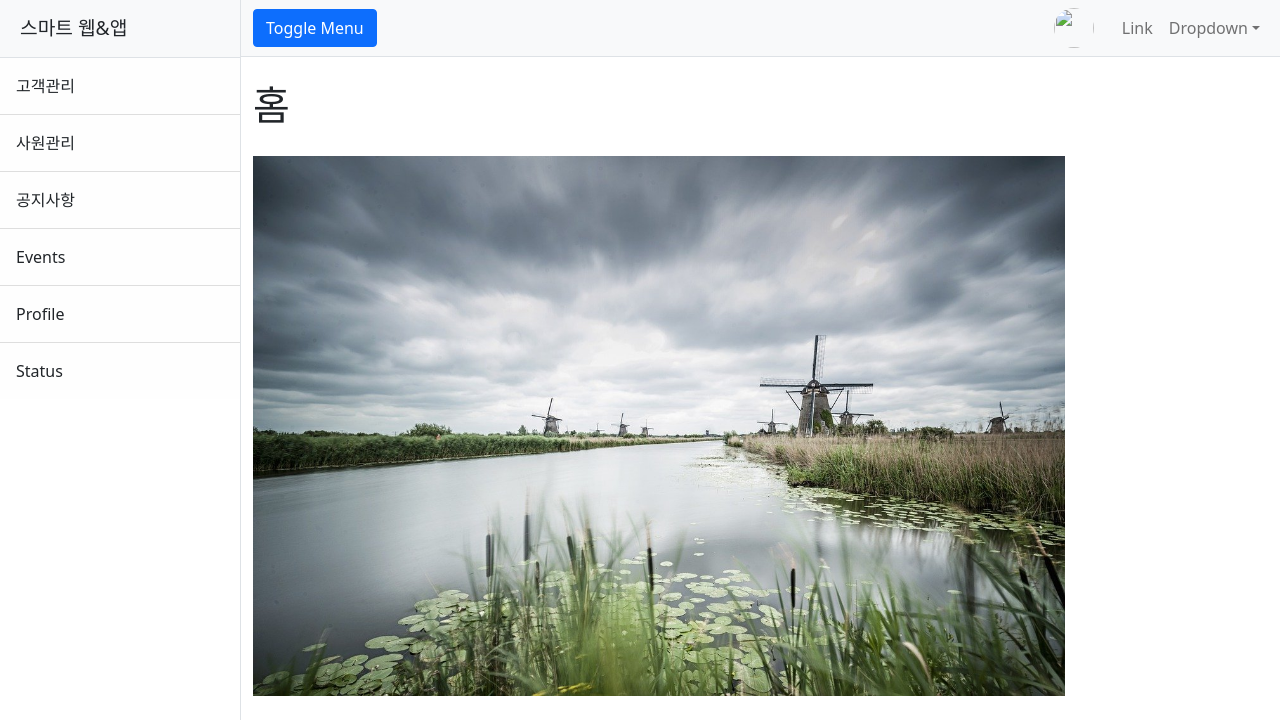
Repository: iwonhee/Study_Servlet
Page: http://localhost/web/index
The author's editor kept a copy of each file at every save. The page is drawn from the files as they stood at one save, then again after the next save.
The browser window is 1280 px wide. The pictures show the whole page.
The page is served by Tomcat 9. Other server files are loaded and not shown.

Above is the page before, as saved 2022-12-02 06:34:12.

### web/src/main/webapp/index.jsp
<%@ page language="java" contentType="text/html; charset=UTF-8"
    pageEncoding="UTF-8"%>
<%@ taglib uri="http://java.sun.com/jsp/jstl/core" prefix="c"%>
<!DOCTYPE html>
<html>
<head>
<meta charset="UTF-8">
<meta name="viewport" content="width=device-width, initial-scale=1, shrink-to-fit=no" />
<title>Insert title here</title>
</head>
<body>
    <div class="d-flex" id="wrapper">
        <!-- SideBar-->
        <jsp:include page="include/sidebar.jsp"/>
        <!-- Page content wrapper-->
	<div id="page-content-wrapper">
        <!-- Top navigation-->
        <jsp:include page="include/navigation.jsp"/>
        <!-- Page content-->
    <div class="container-fluid">
    	<h1 class="mt-4">홈</h1>
        <img alt="" src="images/home.jpg" style='width:80%'>
            </div>
        </div>
    </div>
</body>
</html>

### web/src/main/webapp/include/sidebar.jsp
<%@ page language="java" contentType="text/html; charset=UTF-8"
    pageEncoding="UTF-8"%>
<%@ taglib uri="http://java.sun.com/jsp/jstl/core" prefix="c"%>
<head>
	<link rel="icon" type="image/x-icon" href="assets/favicon.ico" />
	<link href="css/styles.css?<%= new java.util.Date() %>" rel="stylesheet" />
	<link href="css/common.css?<%= new java.util.Date() %>" rel="stylesheet" />

	<script src="https://code.jquery.com/jquery-3.6.1.js"></script>
	<script src="https://cdn.jsdelivr.net/npm/bootstrap@5.1.3/dist/js/bootstrap.bundle.min.js"></script>
	<script src="js/scripts.js"></script>

</head>

<body>
<div class="border-end bg-white" id="sidebar-wrapper">
    <div class="sidebar-heading border-bottom bg-light"><a href='<c:url value="/index"/>'>스마트 웹&amp;앱</a></div>
    <div class="list-group list-group-flush">
        <a class="${category eq 'cu' ? 'category' : ''} list-group-item list-group-item-action list-group-item-light p-3" href="list.cu">고객관리</a>
        <a class="${category eq 'hr' ? 'category' : ''} list-group-item list-group-item-action list-group-item-light p-3" href="list.hr">사원관리</a>
        <a class="${category eq 'no' ? 'category' : ''} list-group-item list-group-item-action list-group-item-light p-3" href="list.no">공지사항</a>
        <a class="list-group-item list-group-item-action list-group-item-light p-3" href="#!">Events</a>
        <a class="list-group-item list-group-item-action list-group-item-light p-3" href="#!">Profile</a>
        <a class="list-group-item list-group-item-action list-group-item-light p-3" href="#!">Status</a>
    </div>
</div>
</body>

### web/src/main/webapp/include/navigation.jsp
<%@ page language="java" contentType="text/html; charset=UTF-8"
    pageEncoding="UTF-8"%>
<%@ taglib uri="http://java.sun.com/jsp/jstl/core" prefix="c"%>
<link rel="icon" type="image/x-icon" href="assets/favicon.ico" />
<link href="css/styles.css" rel="stylesheet" />
<nav class="navbar navbar-expand-lg navbar-light bg-light border-bottom">
    <div class="container-fluid">
        <button class="btn btn-primary" id="sidebarToggle">Toggle Menu</button>
        <button class="navbar-toggler" type="button" data-bs-toggle="collapse" data-bs-target="#navbarSupportedContent" aria-controls="navbarSupportedContent" aria-expanded="false" aria-label="Toggle navigation"><span class="navbar-toggler-icon"></span></button>
        <div class="collapse navbar-collapse" id="navbarSupportedContent">
            <ul class="navbar-nav ms-auto mt-2 mt-lg-0">
                <li class="nav-item active">
                	<img class='profile' src='${loginInfo.profile_image}'>
                	<span style='margin-right:20px'>${loginInfo.name}</span>
                </li>
                <li class="nav-item"><a class="nav-link" href="#!">Link</a></li>
                <li class="nav-item dropdown">
                    <a class="nav-link dropdown-toggle" id="navbarDropdown" href="#" role="button" data-bs-toggle="dropdown" aria-haspopup="true" aria-expanded="false">Dropdown</a>
                    <div class="dropdown-menu dropdown-menu-end" aria-labelledby="navbarDropdown">
                    <!-- 로그인하지 않은 경우 -->
                    <c:if test='${empty loginInfo}'>
                        <a class="dropdown-item" href="login.mb">로그인</a>
                        <a class="dropdown-item" href="#!">회원가입</a>
                    </c:if>
                    <!-- 로그인한 경우 -->
                    <c:if test='${not empty loginInfo}'>
                        <a class="dropdown-item" href="#!">내 정보</a>
                        <a class="dropdown-item" href="logout.mb">로그아웃</a>
                    </c:if>
                        <div class="dropdown-divider"></div>
                        <a class="dropdown-item" href="#!">Something else here</a>
                    </div>
                </li>
            </ul>
        </div>
    </div>
</nav>

### web/src/main/java/controller/HomeController.java
package controller;

import java.io.IOException;
import javax.servlet.ServletException;
import javax.servlet.annotation.WebServlet;
import javax.servlet.http.HttpServlet;
import javax.servlet.http.HttpServletRequest;
import javax.servlet.http.HttpServletResponse;

@WebServlet({"/index"})
public class HomeController extends HttpServlet {
	private static final long serialVersionUID = 1L;

	protected void service(HttpServletRequest request, HttpServletResponse response) throws ServletException, IOException {
		request.getSession().removeAttribute("category");
		String uri = request.getServletPath();
		String view = "";
		boolean redirect = false;

		if(uri.equals("/index")) {
			view = "index.jsp";
		}

		if(redirect) response.sendRedirect(view);
		else request.getRequestDispatcher(view).forward(request, response);
	}

}

### web/src/main/webapp/css/common.css
@charset "UTF-8";
body{text-align:center;}
table th, table td{
	border:1px solid #b0b0b0;
}
ul{
	list-style: none;
	align-items: center;
	padding:0;
	margin:0;
}
#list-top{
	display:flex;
	justify-content: space-between;

}
#list-top ul{display:flex;padding:0; margin:0}
#list-top ul li:not(:first-child){margin-left:10px;}
.category{background-color:#0b5ed7 !important; color:#fff !important;}
table { text-align:center; margin: 0 auto;}
.btnSet{text-align:center; margin:20px auto;}
.btnSet button{padding: 8px 26px;}
table tr{height:46px;}
table.tb_list tr{height:38px;}
table td{ padding: 8px 10px }
table th{ background-color:#f6f6f6; text-align:center;}
h2{margin:50px auto; text-align:center; margin-top:30px;}

a:link, a:visited{text-decoration:none; color:inherit}
a:hover{ text-decoration:underline; color:#3367d6;}

select{
	height:32px;
	cursor:pointer;
	padding-left:10px;
}

.click{padding:0}
.click a{display:block; padding:12px 0 9px 0; transition:all .2s}
.click a:hover{background-color:#0d6efd; color:#fff; text-decoration:none}

.list-flex{
	display:flex;
	justify-content: space-between;
	align-items: center;
	margin:10px auto;
}
.list-flex>div{
	margin:0;
}
.profile{
	width:40px;
	height:40px;
	object-fit : cover;
	border-radius:50%;
}
.box{
	width:320px;
	margin:20px auto;
	box-sizing:border-box;
	border:1px solid #aaa;
	padding:30px 40px;
}
.box li{margin: 10px 0;}

.box input{
	width:95%;
	height:36px;
	margin-left:5px;
	margin-right:5px;
}
.center{
	position:absolute;
	left:50%; top:50%;
	transform:translate(-50%, -50%);
}

.mt-4{margin-top:20px;}
.mr-5{margin-right:20px;}

.w-pct80 { width: 80% }
.w-pct60 { width: 60% }
.w-pct40 { width: 40% }

.w-px40 { width: 40px }
.w-px60 { width: 60px }
.w-px80 { width: 80px }
.w-px100 { width: 100px }
.w-px120 { width: 120px }
.w-px140 { width: 140px }
.w-px160 { width: 160px }
.w-px180 { width: 180px }
.w-px200 { width: 200px }
.w-px300 { width: 300px }
.w-px400 { width: 400px }
.w-px500 { width: 500px }
.w-px600 { width: 600px }
.w-px800 { width: 800px }
.w-px840 { width: 840px }
.w-px900 { width: 900px }
.w-px1000 { width: 1000px }

### web/src/main/webapp/js/scripts.js
/*!
* Start Bootstrap - Simple Sidebar v6.0.5 (https://startbootstrap.com/template/simple-sidebar)
* Copyright 2013-2022 Start Bootstrap
* Licensed under MIT (https://github.com/StartBootstrap/startbootstrap-simple-sidebar/blob/master/LICENSE)
*/
//
// Scripts
//

window.addEventListener('DOMContentLoaded', event => {

    // Toggle the side navigation
    const sidebarToggle = document.body.querySelector('#sidebarToggle');
    if (sidebarToggle) {
        // Uncomment Below to persist sidebar toggle between refreshes
        // if (localStorage.getItem('sb|sidebar-toggle') === 'true') {
        //     document.body.classList.toggle('sb-sidenav-toggled');
        // }
        sidebarToggle.addEventListener('click', event => {
            event.preventDefault();
            document.body.classList.toggle('sb-sidenav-toggled');
            localStorage.setItem('sb|sidebar-toggle', document.body.classList.contains('sb-sidenav-toggled'));
        });
    }

});

Loaded but not shown: web/src/main/webapp/css/styles.css (library)

After the next save:
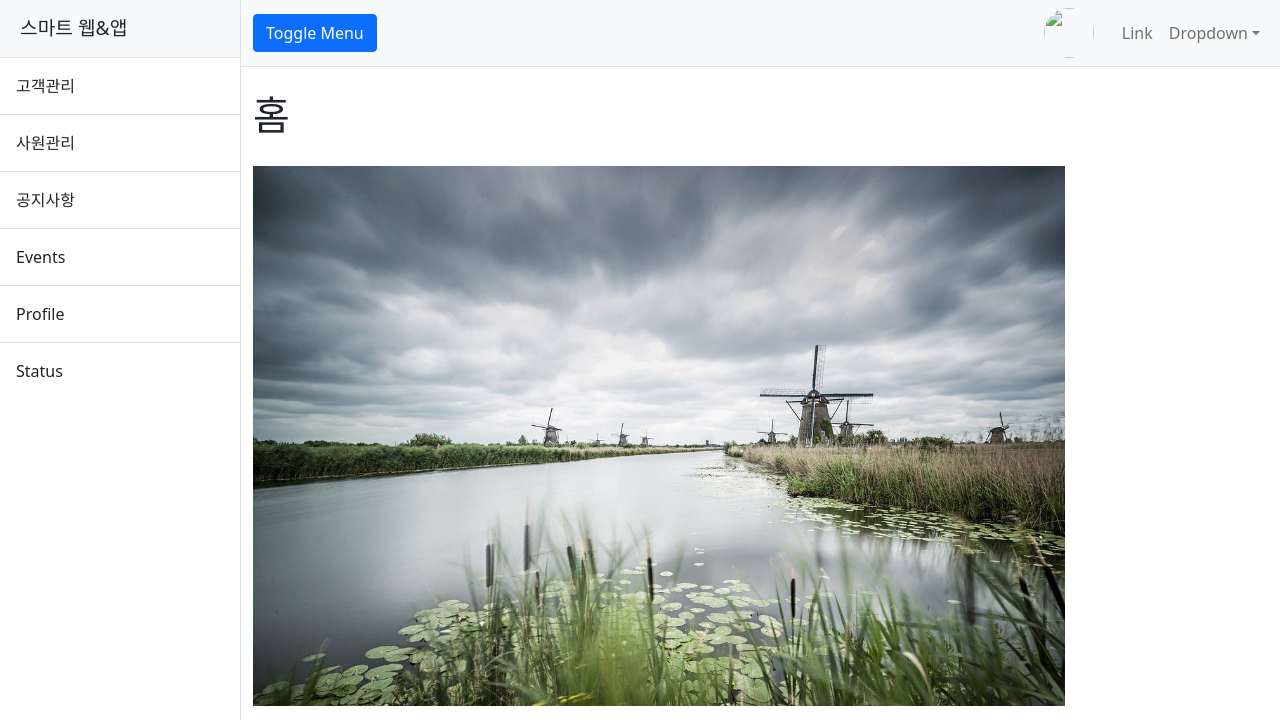
Saved 5 s later.
--- a/web/src/main/webapp/css/common.css
+++ b/web/src/main/webapp/css/common.css
@@ -49,8 +49,8 @@ select{
 	margin:0;
 }
 .profile{
-	width:40px;
-	height:40px;
+	width:50px;
+	height:50px;
 	object-fit : cover;
 	border-radius:50%;
 }
